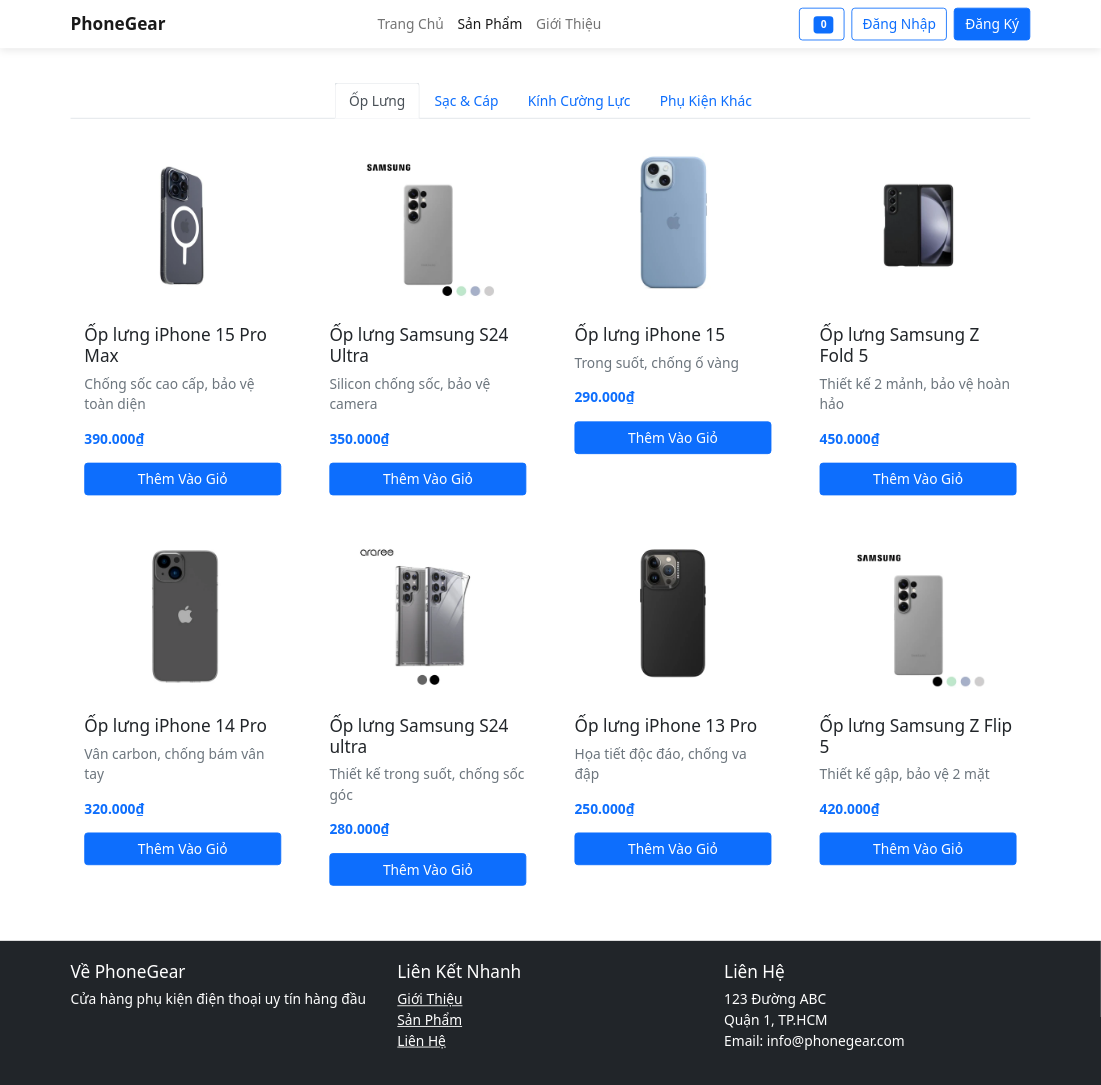
Repository: duyzo/14_23719461_VoNguyenBaoDuy
Page: html/products.html
The author's editor kept a copy of each file at every save. The page is drawn from the files as they stood at one save, then again after a run of saves.
The browser window is 1280 px wide. The pictures show the whole page, at 86% of full size.

Above is the page before, as saved 2025-04-22 16:25:56.
Console error: ReferenceError: initCart is not defined

### html/products.html
<!DOCTYPE html>
<html lang="vi">
<head>
    <meta charset="UTF-8">
    <meta name="viewport" content="width=device-width, initial-scale=1.0">
    <title>Sản Phẩm - PhoneGear</title>
    <link href="../css/bootstrap.min.css" rel="stylesheet">
    <link href="https://cdnjs.cloudflare.com/ajax/libs/font-awesome/6.5.1/css/all.min.css" rel="stylesheet">
    <link rel="stylesheet" href="../css/styles.css">
    <script src="../js/bootstrap.min.js"></script>
    <script src="../js/products.js" type="module"></script>
</head>
<body>
    <nav class="navbar navbar-expand-lg navbar-light shadow-sm fixed-top">
        <div class="container">
            <a class="navbar-brand fw-bold" href="index.html">PhoneGear</a>
            <button class="navbar-toggler" type="button" data-bs-toggle="collapse" data-bs-target="#navbarNav">
                <span class="navbar-toggler-icon"></span>
            </button>
            <div class="collapse navbar-collapse" id="navbarNav">
                <ul class="navbar-nav mx-auto">
                    <li class="nav-item">
                        <a class="nav-link" href="index.html">Trang Chủ</a>
                    </li>
                    <li class="nav-item">
                        <a class="nav-link active" href="products.html">Sản Phẩm</a>
                    </li>
                    <li class="nav-item">
                        <a class="nav-link" href="about.html">Giới Thiệu</a>
                    </li>
                </ul>
                <div class="d-flex align-items-center">
                    <a href="cart.html" class="btn btn-outline-primary me-2">
                        <i class="bi bi-cart"></i>
                        <span class="badge bg-primary text-white ms-1" id="cartCount">0</span>
                    </a>
                    <a href="login.html" class="btn btn-outline-primary me-2">Đăng Nhập</a>
                    <a href="register.html" class="btn btn-primary">Đăng Ký</a>
                </div>
            </div>
        </div>
    </nav>

    <div class="container mt-5 pt-5">
        <ul class="nav nav-tabs justify-content-center mb-4" id="productTabs" role="tablist">
            <li class="nav-item" role="presentation">
                <button class="nav-link active" id="cases-tab" data-bs-toggle="tab" data-bs-target="#cases" type="button">
                    Ốp Lưng
                </button>
            </li>
            <li class="nav-item" role="presentation">
                <button class="nav-link" id="chargers-tab" data-bs-toggle="tab" data-bs-target="#chargers" type="button">
                    Sạc & Cáp
                </button>
            </li>
            <li class="nav-item" role="presentation">
                <button class="nav-link" id="protection-tab" data-bs-toggle="tab" data-bs-target="#protection" type="button">
                    Kính Cường Lực
                </button>
            </li>
            <li class="nav-item" role="presentation">
                <button class="nav-link" id="accessories-tab" data-bs-toggle="tab" data-bs-target="#accessories" type="button">
                    Phụ Kiện Khác
                </button>
            </li>
        </ul>

        <div class="tab-content" id="productTabContent">
            <div class="tab-pane fade show active" id="cases">
                <div class="row g-4">
                </div>
            </div>

            <div class="tab-pane fade" id="chargers">
                <div class="row g-4">
                </div>
            </div>

            <div class="tab-pane fade" id="protection">
                <div class="row g-4">
                </div>
            </div>

            <div class="tab-pane fade" id="accessories">
                <div class="row g-4">
                </div>
            </div>
        </div>
    </div>

    <footer class="bg-dark text-white py-4 mt-5">
        <div class="container">
            <div class="row">
                <div class="col-md-4">
                    <h5>Về PhoneGear</h5>
                    <p>Cửa hàng phụ kiện điện thoại uy tín hàng đầu</p>
                </div>
                <div class="col-md-4">
                    <h5>Liên Kết Nhanh</h5>
                    <ul class="list-unstyled">
                        <li><a href="about.html" class="text-white">Giới Thiệu</a></li>
                        <li><a href="products.html" class="text-white">Sản Phẩm</a></li>
                        <li><a href="#" class="text-white">Liên Hệ</a></li>
                    </ul>
                </div>
                <div class="col-md-4">
                    <h5>Liên Hệ</h5>
                    <address class="text-white">
                        123 Đường ABC<br>
                        Quận 1, TP.HCM<br>
                        Email: info@phonegear.com
                    </address>
                </div>
            </div>
        </div>
    </footer>

</body>
</html>

### css/styles.css
/* Navbar styles */
.navbar {
    background-color: #ffffff !important;
    box-shadow: 0 2px 10px rgba(0, 0, 0, 0.1) !important;
    backdrop-filter: blur(10px);
}

/* Global styles */
body {
    min-height: 100vh;
    display: flex;
    flex-direction: column;
}

footer {
    margin-top: auto;
}

/* Product card styles */
.product-card {
    transition: transform 0.2s, box-shadow 0.2s;
    border: none;
}

.product-card:hover {
    transform: translateY(-5px);
    box-shadow: 0 4px 15px rgba(0, 0, 0, 0.1);
}

.product-card img {
    height: 200px;
    object-fit: contain;
    padding: 1rem;
    opacity: 1;
    transition: transform 0.3s;
}

.product-card img:hover {
    transform: scale(1.05);
}

/* Category card styles */
.category-card {
    cursor: pointer;
    transition: transform 0.2s;
}

.category-card:hover {
    transform: translateY(-5px);
}

/* Cart quantity controls */
.quantity-control {
    display: inline-flex;
    align-items: center;
    border: 1px solid #dee2e6;
    border-radius: 20px;
    padding: 2px;
    background: #fff;
}

.quantity-control button {
    width: 24px;
    height: 24px;
    padding: 0;
    border: none;
    background: #f8f9fa;
    color: #0d6efd;
    border-radius: 50%;
    display: flex;
    align-items: center;
    justify-content: center;
    font-size: 14px;
    transition: all 0.2s;
}

.quantity-control button:hover {
    background: #0d6efd;
    color: #fff;
}

.quantity-control span {
    min-width: 30px;
    text-align: center;
    font-size: 14px;
}

/* Cart remove button */
.remove-item {
    border: none;
    background: none;
    color: #dc3545;
    font-size: 14px;
    padding: 4px 8px;
    border-radius: 4px;
    transition: all 0.2s;
}

.remove-item:hover {
    background: #dc3545;
    color: #fff;
}

/* Invoice styles */
.invoice {
    font-size: 14px;
}

.invoice h4 {
    color: #333;
    font-weight: 600;
}

.invoice .customer-info {
    background-color: #f8f9fa;
    padding: 15px;
    border-radius: 5px;
}

.invoice .order-items table {
    margin-bottom: 0;
}

.invoice .order-items th {
    background-color: #f8f9fa;
    font-weight: 600;
}

.invoice .order-summary {
    background-color: #f8f9fa;
    padding: 15px;
    border-radius: 5px;
}

/* Print styles for invoice */
@media print {
    body * {
        visibility: hidden;
    }

    .modal-dialog, .modal-content, .invoice, .invoice * {
        visibility: visible;
    }

    .modal {
        position: absolute;
        left: 0;
        top: 0;
        margin: 0;
        padding: 0;
        min-height: 100%;
    }

    .modal-dialog {
        transform: none !important;
    }

    .btn-close, .modal-footer {
        display: none !important;
    }
}

### js/products.js
import { addToCart } from './cart.js';

// Product data
const products = {
    cases: [
        {
            name: 'Ốp lưng iPhone 15 Pro Max',
            price: 390000,
            image: '../img/op-lung-iphone-15-pro-max-slimcase-unique-with-magsafe-trong_1_.webp',
            description: 'Chống sốc cao cấp, bảo vệ toàn diện'
        },
        {
            name: 'Ốp lưng Samsung S24 Ultra',
            price: 350000,
            image: '../img/op-lung-samsung-galaxy-s25-ultra-silicone-chinh-hang.1.webp',
            description: 'Silicon chống sốc, bảo vệ camera'
        },
        {
            name: 'Ốp lưng iPhone 15',
            price: 290000,
            image: '../img/op-lung-apple-iphone-15-chinh-hang-05_1.webp',
            description: 'Trong suốt, chống ố vàng'
        },
        {
            name: 'Ốp lưng Samsung Z Fold 5',
            price: 450000,
            image: '../img/zfol4.webp',
            description: 'Thiết kế 2 mảnh, bảo vệ hoàn hảo'
        },
        {
            name: 'Ốp lưng iPhone 14 Pro',
            price: 320000,
            image: '../img/oplung14.webp',
            description: 'Vân carbon, chống bám vân tay'
        },
        {
            name: 'Ốp lưng Samsung S24 ultra',
            price: 280000,
            image: '../img/op-lung-samsung-galaxy-s24-ultra-araree-flexield_1_.webp',
            description: 'Thiết kế trong suốt, chống sốc góc'
        },
        {
            name: 'Ốp lưng iPhone 13 Pro',
            price: 250000,
            image: '../img/oplung13.webp',
            description: 'Họa tiết độc đáo, chống va đập'
        },
        {
            name: 'Ốp lưng Samsung Z Flip 5',
            price: 420000,
            image: '../img/op-lung-samsung-galaxy-s25-ultra-silicone-chinh-hang.1.webp',
            description: 'Thiết kế gập, bảo vệ 2 mặt'
        }
    ],
    chargers: [
        {
            name: 'Sạc Nhanh 65W GaN',
            price: 790000,
            image: '../img/sacnhanh20w.webp',
            description: 'Công nghệ GaN, sạc 3 thiết bị'
        },
        {
            name: 'Cáp Type-C to Lightning Braided',
            price: 390000,
            image: '../img/cap-type-c-to-lightning-baseus-crystal-shine-1-2m_1_.webp',
            description: 'Cáp bện, độ bền cao'
        },
        {
            name: 'Sạc Không Dây MagSafe 15W',
            price: 890000,
            image: '../img/dekhongday.webp',
            description: 'Sạc nhanh không dây, nam châm'
        },
        {
            name: 'Cáp Type-C 100W',
            price: 290000,
            image: '../img/cap-sac-nhanh-baseus-cafule-pd-2-0-100w-type-c-to-type-c-20v-5a-2m-2.webp',
            description: 'Hỗ trợ sạc laptop, truyền dữ liệu'
        },
        {
            name: 'Sạc Ô tô 45W',
            price: 490000,
            image: '../img/sac-doi-o-to-samsung-l5300-2-cong-45w-15w-4.webp',
            description: 'Sạc nhanh trên xe hơi, 2 cổng'
        },
        {
            name: 'Cáp 3 in 1',
            price: 350000,
            image: '../img/cap-3-in-1-baseus-bright-mirror-2-series-retractable-3-5a-1-1m_2_.webp',
            description: 'Lightning/Type-C/Micro USB'
        },
        {
            name: 'Pin Sạc Dự Phòng 20000mAh',
            price: 690000,
            image: '../img/pin-sac-du-phong-anker-zolo-a1689-20000mah-30w_1_.webp',
            description: 'Sạc nhanh PD 20W, màn hình LED'
        },
        {
            name: 'Đế Sạc Không Dây Đa Năng',
            price: 590000,
            image: '../img/hub-sac-khong-day-da-nang-mophie-universal-3-in-1_1_.webp',
            description: 'Sạc điện thoại, tai nghe, đồng hồ'
        }
    ],
    protection: [
        {
            name: 'Kính cường lực iPhone 15 Pro Max',
            price: 250000,
            image: '../img/kinhcuongluc.webp',
            description: 'Độ cứng 9H, chống xước toàn diện'
        },
        {
            name: 'Dán màn hình Samsung S24 Ultra',
            price: 290000,
            image: '../img/kinhcuongluc.webp',
            description: 'Công nghệ TPU tự liền, chống vân tay'
        },
        {
            name: 'Kính cường lực iPhone 15',
            price: 200000,
            image: '../img/kinhcuongluc.webp',
            description: 'Full màn hình, chống nhìn trộm'
        },
        {
            name: 'Dán camera Samsung Z Fold 5',
            price: 150000,
            image: '../img/kinhcuongluc.webp',
            description: 'Bảo vệ camera, chống xước lens'
        },
        {
            name: 'Kính cường lực iPhone 14 Pro',
            price: 220000,
            image: '../img/kinhcuongluc.webp',
            description: 'Chống va đập, chống dấu vân tay'
        },
        {
            name: 'Dán màn hình Samsung S23',
            price: 280000,
            image: '../img/kinhcuongluc.webp',
            description: 'Độ trong suốt cao, dễ dán'
        },
        {
            name: 'Kính cường lực iPhone 13',
            price: 180000,
            image: '../img/kinhcuongluc.webp',
            description: 'Chống ánh sáng xanh, bảo vệ mắt'
        },
        {
            name: 'Dán full máy Z Flip 5',
            price: 350000,
            image: '../img/kinhcuongluc.webp',
            description: 'Bảo vệ toàn bộ máy, chống trầy'
        }
    ],
    accessories: [
        {
            name: 'Tai nghe AirPods Pro Gen 3',
            price: 6990000,
            image: 'https://cdn2.cellphones.com.vn/358x/media/catalog/product/g/r/group_161_1__1.png',
            description: 'Chống ồn chủ động, âm thanh 3D'
        },
        {
            name: 'Galaxy Watch 6 Classic',
            price: 8990000,
            image: 'https://cdn2.cellphones.com.vn/358x/media/catalog/product/g/r/group_161_1__1.png',
            description: 'Vòng xoay bezel, màn hình 1.4 inch'
        },
        {
            name: 'Apple Watch Series 9',
            price: 11990000,
            image: 'https://cdn2.cellphones.com.vn/358x/media/catalog/product/g/r/group_161_1__1.png',
            description: 'Chip S9, màn hình Always-On'
        },
        {
            name: 'Galaxy Buds 3 Pro',
            price: 4990000,
            image: 'https://cdn2.cellphones.com.vn/358x/media/catalog/product/g/r/group_161_1__1.png',
            description: 'Chống ồn AI, âm thanh 360'
        },
        {
            name: 'Apple Pencil Gen 2',
            price: 3290000,
            image: 'https://cdn2.cellphones.com.vn/358x/media/catalog/product/g/r/group_161_1__1.png',
            description: 'Độ nhạy cao, sạc không dây'
        },
        {
            name: 'S Pen Fold Edition',
            price: 2990000,
            image: 'https://cdn2.cellphones.com.vn/358x/media/catalog/product/g/r/group_161_1__1.png',
            description: 'Thiết kế cho Z Fold, 4096 cấp độ'
        },
        {
            name: 'Magic Keyboard iPad Pro',
            price: 8990000,
            image: 'https://cdn2.cellphones.com.vn/358x/media/catalog/product/g/r/group_161_1__1.png',
            description: 'Bàn phím backlit, trackpad'
        },
        {
            name: 'Galaxy Tab S9 Keyboard',
            price: 5990000,
            image: 'https://cdn2.cellphones.com.vn/358x/media/catalog/product/g/r/group_161_1__1.png',
            description: 'Bàn phím rời, chân đế linh hoạt'
        }
    ]
};

// Create product card HTML
function createProductCard(product) {
    const id = Date.now() + Math.random(); // Generate unique ID when creating card
    return `
        <div class="col-md-6 col-lg-3">
            <div class="card product-card h-100" data-product-id="${id}">
                <img src="${product.image}" class="card-img-top" alt="${product.name}">
                <div class="card-body">
                    <h5 class="card-title">${product.name}</h5>
                    <p class="card-text text-muted">${product.description}</p>
                    <p class="text-primary fw-bold">${product.price.toLocaleString('vi-VN')}₫</p>
                    <button class="btn btn-primary w-100 add-to-cart">Thêm Vào Giỏ</button>
                </div>
            </div>
        </div>
    `;
}

// Initialize products page
function initProductsPage() {
    // Load products for each category
    Object.keys(products).forEach(category => {
        const container = document.querySelector(`#${category} .row`);
        if (container) {
            // Load products
            container.innerHTML = products[category]
                .map(product => createProductCard(product))
                .join('');

            // Add click event listener to the container for event delegation
            container.addEventListener('click', (e) => {
                const addToCartBtn = e.target.closest('.add-to-cart');
                if (addToCartBtn) {
                    const card = addToCartBtn.closest('.product-card');
                    const product = {
                        id: card.dataset.productId,
                        name: card.querySelector('.card-title').textContent,
                        price: parseInt(card.querySelector('.text-primary').textContent.replace(/[^\d]/g, '')),
                        image: card.querySelector('.card-img-top').src
                    };
                    addToCart(product);
                }
            });
        }
    });

    // Initialize cart functionality
    initCart();
}

// Initialize on page load
document.addEventListener('DOMContentLoaded', initProductsPage);

### webPhuKienDienThoai/js/utils.js
// Format currency in VND
export function formatCurrency(amount) {
    return new Intl.NumberFormat('vi-VN', {
        style: 'currency',
        currency: 'VND'
    }).format(amount).replace('₫', '') + '₫';
}

### webPhuKienDienThoai/js/auth.js
// Admin credentials
const ADMIN = {
    email: 'Admin@gmail.com',
    password: 'Admin123',
    name: 'Administrator',
    phone: '0123456789'
};

// Initialize storage with admin account
function initStorage() {
    const users = localStorage.getItem('users');
    if (!users) {
        // Create initial users array with admin
        const initialUsers = [{
            email: ADMIN.email,
            password: ADMIN.password,
            name: ADMIN.name,
            phone: ADMIN.phone
        }];
        localStorage.setItem('users', JSON.stringify(initialUsers));
    }
}

// Get users from storage
function getUsers() {
    const users = localStorage.getItem('users');
    return users ? JSON.parse(users) : [];
}

// Save users to storage
function saveUsers(users) {
    localStorage.setItem('users', JSON.stringify(users));
}

// Register new user
export function registerUser(userData) {
    // Make sure storage is initialized
    initStorage();

    const users = getUsers();

    // Check if email exists
    if (users.some(user => user.email.toLowerCase() === userData.email.toLowerCase())) {
        throw new Error('Email đã được đăng ký');
    }

    // Add new user
    const newUser = {
        email: userData.email,
        password: userData.password,
        name: userData.name,
        phone: userData.phone
    };

    users.push(newUser);
    saveUsers(users);

    // Auto login
    setLoggedInUser(newUser);
    return true;
}

// Set logged in user
function setLoggedInUser(user) {
    localStorage.setItem('currentUser', JSON.stringify({
        email: user.email,
        name: user.name,
        phone: user.phone
    }));
}

// Login user
export function loginUser(email, password) {
    console.log('Attempting login:', email); // Debug log

    // Check admin first
    if (email.toLowerCase() === ADMIN.email.toLowerCase() && password === ADMIN.password) {
        setLoggedInUser(ADMIN);
        return true;
    }

    // Check regular users
    const users = getUsers();
    const user = users.find(u =>
        u.email.toLowerCase() === email.toLowerCase() &&
        u.password === password
    );

    if (user) {
        setLoggedInUser(user);
        return true;
    }

    return false;
}

// Get current user
export function getCurrentUser() {
    const userJson = localStorage.getItem('currentUser');
    return userJson ? JSON.parse(userJson) : null;
}

// Check if user is logged in
export function isLoggedIn() {
    return !!getCurrentUser();
}

// Logout user
export function logoutUser() {
    localStorage.removeItem('currentUser');
}

// Initialize on load
initStorage();

Loaded but not shown: css/bootstrap.min.css (library); js/bootstrap.min.js (library); js/cart.js (431 lines, source omitted)

After the next 2 saves:
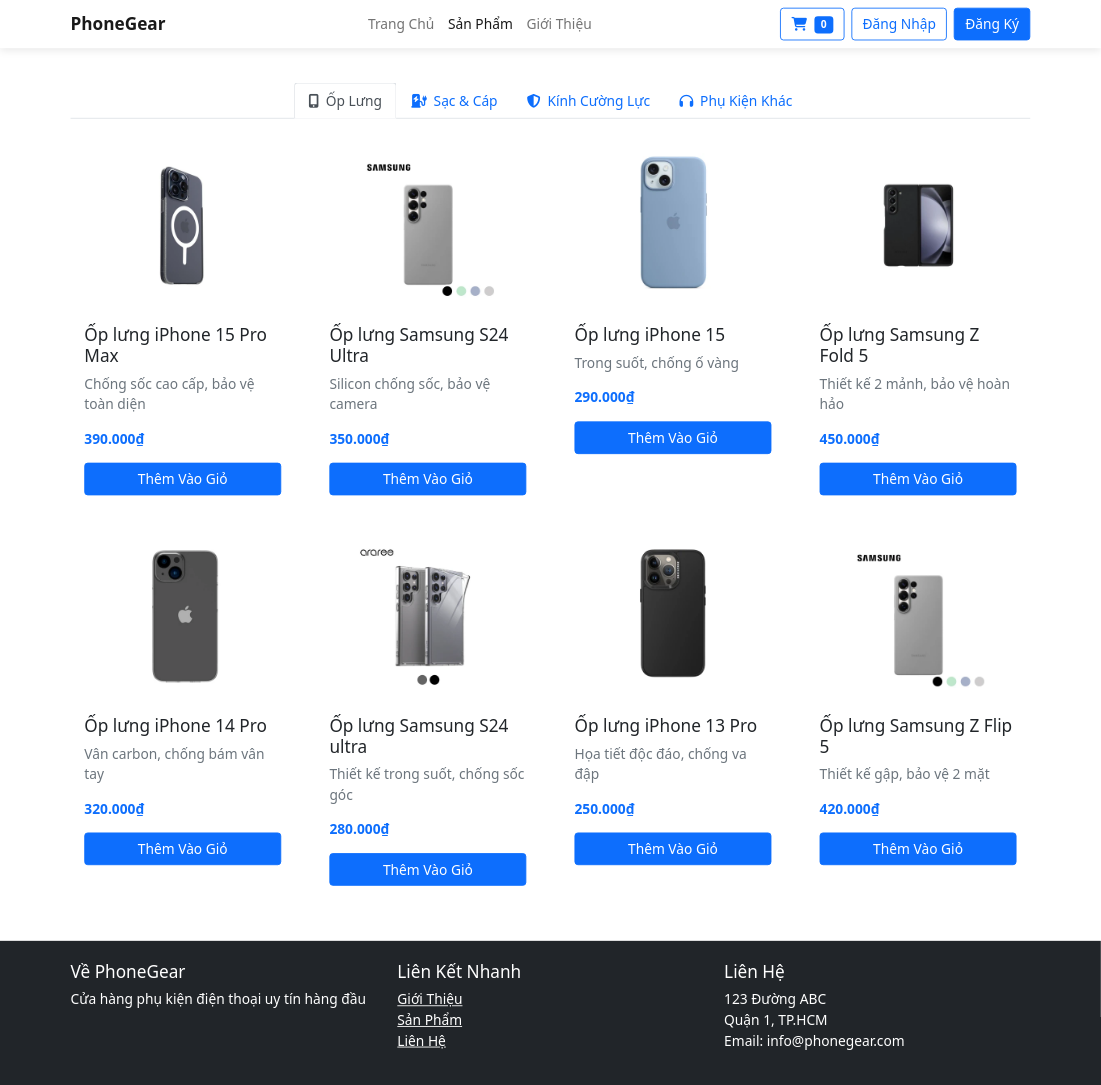
The 2 saves are shown as one change because they came seconds apart.
The last was saved 6 s later.
--- a/html/products.html
+++ b/html/products.html
@@ -31,7 +31,7 @@
                 </ul>
                 <div class="d-flex align-items-center">
                     <a href="cart.html" class="btn btn-outline-primary me-2">
-                        <i class="bi bi-cart"></i>
+                        <i class="fas fa-shopping-cart"></i>
                         <span class="badge bg-primary text-white ms-1" id="cartCount">0</span>
                     </a>
                     <a href="login.html" class="btn btn-outline-primary me-2">Đăng Nhập</a>
@@ -45,22 +45,22 @@
         <ul class="nav nav-tabs justify-content-center mb-4" id="productTabs" role="tablist">
             <li class="nav-item" role="presentation">
                 <button class="nav-link active" id="cases-tab" data-bs-toggle="tab" data-bs-target="#cases" type="button">
-                    Ốp Lưng
+                    <i class="fas fa-mobile-alt me-2"></i>Ốp Lưng
                 </button>
             </li>
             <li class="nav-item" role="presentation">
                 <button class="nav-link" id="chargers-tab" data-bs-toggle="tab" data-bs-target="#chargers" type="button">
-                    Sạc & Cáp
+                    <i class="fas fa-charging-station me-2"></i>Sạc & Cáp
                 </button>
             </li>
             <li class="nav-item" role="presentation">
                 <button class="nav-link" id="protection-tab" data-bs-toggle="tab" data-bs-target="#protection" type="button">
-                    Kính Cường Lực
+                    <i class="fas fa-shield-alt me-2"></i>Kính Cường Lực
                 </button>
             </li>
             <li class="nav-item" role="presentation">
                 <button class="nav-link" id="accessories-tab" data-bs-toggle="tab" data-bs-target="#accessories" type="button">
-                    Phụ Kiện Khác
+                    <i class="fas fa-headphones me-2"></i>Phụ Kiện Khác
                 </button>
             </li>
         </ul>
